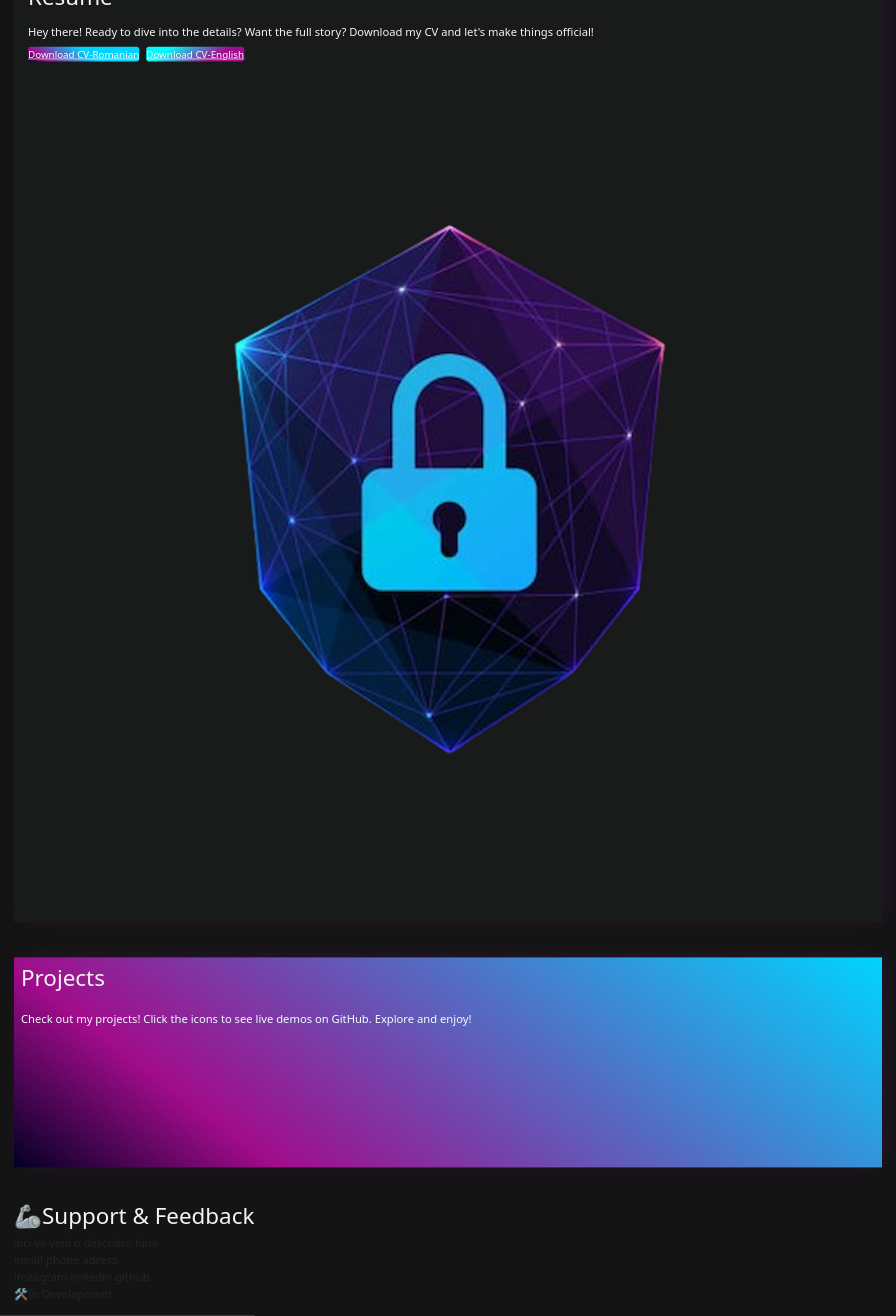
Repository: Sebastiand22/portfolio
Page: index.html
These files come from the project's save history. The page is drawn as it stood at one moment and after the next save; the edit follows.
The browser window is 1280 px wide. The pictures show the part of the page from y = 1854 to 3774 px (the page is 3734 px tall before and 3774 px after), at 70% of full size.

Above is the page before, as saved 2024-09-15 17:28:33.

### index.html
<!DOCTYPE html>
<html lang="en">
  <head>
    <meta charset="UTF-8" />
    <meta name="viewport" content="width=device-width, initial-scale=1.0" />
    <meta
      name="description"
      content="Sebastian Dunduc - Frontend Developer portfolio showcasing projects, resume, and contact information."
    />
    <title>Portfolio - Sebastian Dunduc</title>

    <link
      href="https://cdn.jsdelivr.net/npm/bootstrap@5.3.0-alpha1/dist/css/bootstrap.min.css"
      rel="stylesheet"
    />
    <link rel="preconnect" href="https://fonts.googleapis.com" />
    <link rel="preconnect" href="https://fonts.gstatic.com" crossorigin />
    <link
      href="https://fonts.googleapis.com/css?family=Roboto:300,400,400i,500,500i,700,900&amp;display=swap"
      rel="stylesheet"
    />
    <link rel="stylesheet" href="index.css" />
  </head>
  <body>
    <section class="big-container">
      <div class="nav-bar navbar navbar-expand-lg">
        <h2 class="name">Sebastian</h2>

        <!-- Toggle button -->
        <button
          class="navbar-toggler"
          type="button"
          data-bs-toggle="collapse"
          data-bs-target="#navbarContent"
          aria-controls="navbarContent"
          aria-expanded="false"
          aria-label="Toggle navigation"
        >
          <svg
            class="navbar-toggler-svg"
            width="24"
            height="24"
            viewBox="0 0 24 24"
            fill="none"
            xmlns="http://www.w3.org/2000/svg"
          >
            <rect x="3" y="6" width="18" height="2" fill="grey" />
            <rect x="3" y="11" width="18" height="2" fill="grey" />
            <rect x="3" y="16" width="18" height="2" fill="grey" />
          </svg>
        </button>

        <!-- Navbar content -->
        <nav class="collapse navbar-collapse" id="navbarContent">
          <ul class="navbar-list navbar-nav ms-auto">
            <li class="nav-item"><a href="#home" class="nav-link">Home</a></li>
            <li class="nav-item">
              <a href="#about" class="nav-link">About me</a>
            </li>
            <li class="nav-item">
              <a href="#resume" class="nav-link">Resume</a>
            </li>
            <li class="nav-item">
              <a href="#project" class="nav-link">Projects</a>
            </li>
            <li class="nav-item">
              <a href="#contact" class="nav-link">Contact</a>
            </li>
          </ul>
        </nav>
      </div>
      <!-- HEADER SECTION -->
      <section class="header-container" id="home">
        <div class="header-section">
          <span class="header-name">I am Sebastian Dunduc</span>
          <h2 class="job-position">Frontend Developer</h2>

          <div class="wrap">
            <a href="#contact">
              <button class="button">
                <span>Contact Me</span>
              </button>
            </a>
          </div>
        </div>
        <picture class="anime">
          <source
            media="(min-width:1280px)"
            srcset="images/me-laptop-1x.webp 1x, images/me-laptop-2x.webp 2x"
          />
          <source
            media="(min-width:768px)"
            srcset="images/me-tablet-1x.webp 1x, images/me-tablet-2x.webp 2x"
          />
          <source
            media="(min-width:320px)"
            srcset="images/me-mobile1x.webp 1x, images/me-mobilee-2x.webp 2x"
          />
          <img class="me-photo" src="images/" alt="Sebastian Dunduc" />
        </picture>
      </section>

      <section class="about-container" id="about">
        <div class="about-section">
          <h2>About me</h2>
          <span class="about-description"
            >I'm passionate about frontend development and constantly pushing
            myself to improve, learning new things every step of the way. When
            I’m not coding, you’ll find me at a party, balancing pixels by day
            and beats by night!</span
          >
          <picture class="pixel-picture">
            <source
              media="(min-width:1280px)"
              srcset="
                images/pixel1x-laptop.webp 1x,
                images/pixel2x-laptop.webp 2x
              "
            />
            <source
              media="(min-width:768px)"
              srcset="
                images/pixel1x-tablet.webp 1x,
                images/pixel2x-tablet.webp 2x
              "
            />
            <source
              media="(min-width:320px)"
              srcset="
                images/pixel1x-mobile.webp 1x,
                images/pixel2x-laptop.webp 2x
              "
            />
            <img
              class="pixel"
              src="images/pixel1x-tablet.webp"
              alt="Sebastian Dunduc"
            />
          </picture>
        </div>
      </section>
      <!-- RESUME SECTION -->
      <section class="resume-container" id="resume">
        <div class="resume-section">
          <h2>Resume</h2>
          <span class="resume-description">
            Hey there! Ready to dive into the details? Want the full story?
            Download my CV and let's make things official!</span
          >

          <div class="button-link">
            <a
              href="./files/Sebastian Dunduc Resume Romana.pdf"
              download="CV-Romanian"
              class="download-button-1"
              >Download CV-Romanian</a
            >
            <a
              href="./files/Sebastian Dunduc-Resume English.pdf"
              download="CV-English"
              class="download-button-2"
              >Download CV-English</a
            >
          </div>

          <picture class="lock-picture">
            <source
              media="(min-width:1280px)"
              srcset="
                images/lock-laptop1x.webp 1x,
                images/lock-laptop2x.webp 2x
              "
            />
            <source
              media="(min-width:768px)"
              srcset="
                images/lock-tablet1x.webp 1x,
                images/lock-tablet2x.webp 2x
              "
            />
            <source
              media="(min-width:320px)"
              srcset="
                images/lock-mobile1x.webp 1x,
                images/lock-mobile2x.webp 2x
              "
            />
            <img
              class="pixel"
              src="images/lock-tablet1x.webp"
              alt="Sebastian Dunduc"
            />
          </picture>
        </div>
      </section>
      <!-- PROJECT SECTION -->
      <section class="project-container" id="project">
        <div class="background-project">
          <div class="project-section">
            <h2>Projects</h2>
            <span class="project-description"
              >Check out my projects! Click the icons to see live demos on
              GitHub. Explore and enjoy!</span
            >
          </div>
        </div>
      </section>
      <!-- FOOTER SECTION -->
      <section class="footer-container" id="contact">
        <div class="footer-section">
          <div class="support-feedback">
            <h2>🦾Support & Feedback</h2>
            <span class="support-description"
              >aici va veni o descriere luna
            </span>

            <div class="contact-details">email phone adress</div>

            <div class="social-details">instagram linkedin github</div>
            <div class="development">🛠In Development</div>
          </div>
        </div>
        <div class="black-footer"> </div>
      </section>
    </section>
    <script src="https://cdn.jsdelivr.net/npm/bootstrap@5.3.0-alpha1/dist/js/bootstrap.bundle.min.js"></script>
  </body>
</html>

### index.css
:root {
  --font-title: "Playfair Display SC", serif;
  --size-title: 30px;
  --font-text: "Roboto Serif", serif;
}
body {
  margin: 0;
  padding: 0;
  box-sizing: border-box;
  width: 100%;
  height: 100%;
}

li {
  list-style-type: none;
}

.big-container {
  display: flex;
  flex-direction: column;
  background-color: rgb(20, 20, 20);
  min-height: 100vh;
  padding: 20px;
  max-width: 100%;
  overflow: hidden;
  gap: 50px;
}

.name {
  font-family: "Roboto", sans-serif;
  font-style: normal;
  font-size: 30px;
  background: linear-gradient(
    37deg,
    rgba(2, 0, 36, 1) 0%,
    rgba(161, 12, 139, 1) 23%,
    rgba(0, 212, 255, 1) 100%
  );
  font-weight: 900;
  text-align: center;
  -webkit-background-clip: text;
  -webkit-text-fill-color: transparent;
}
.name {
  margin-left: 20px;
  margin-top: 8px;
}

.navbar-toggler {
  border: none;
}

.navbar-toggler:focus,
.navbar-toggler:active {
  box-shadow: none; /* Elimină orice umbră de focus */
}
.nav-bar {
  display: flex;
  width: 100%;
  overflow: hidden;
  background-color: #191a1a;
  border-radius: 4px;
}
.navbar-list li {
  display: inline;
  margin-left: 20px;
}

.nav-link {
  color: white;
  transition: color 0.15s ease-in-out, background-color 0.15s ease-in-out,
    border-color 0.15s ease-in-out;
}

.nav-link:hover {
  color: rgb(75, 78, 78);
}

/* HEADER SECTION  */
.header-container {
  background-color: #191a1a;
  height: auto;
  overflow: hidden;
  padding: 20px;
  border-radius: 4px;
}

.header-section {
  display: flex;
  flex-direction: column;
  align-items: center;
}
.header-name {
  font-family: "Roboto", sans-serif;
  font-size: 20px;
  color: rgb(184, 180, 180);
  text-align: center;
}

.job-position {
  font-family: "Roboto", sans-serif;
  font-style: normal;
  font-size: 30px;
  font-weight: 900;
  text-align: center;
  background: radial-gradient(
    circle farthest-side at left center,
    #4e4f51 0%,
    #c9d6d0 100%
  );
  -webkit-background-clip: text;
  -webkit-text-fill-color: transparent;
}

.anime {
  display: block;
  width: 100%;
  height: auto; /* Asigură păstrarea proporțiilor */
  max-width: 100%;

  /* Asigură că imaginea nu depășește lățimea containerului */
}
.anime img {
  margin-top: 20px;
  max-width: 100%;
  height: auto;
  display: none;

  /* Asigură păstrarea proporțiilor */
}

.wrap {
  height: auto;
  display: flex;
  align-items: center;
  justify-content: center;
}
.button {
  position: relative; /* Necesare pentru poziționarea absolută a ::before */
  padding: 10px 20px;
  font-size: 16px;
  color: #fff;
  background: linear-gradient(
    37deg,
    rgba(2, 0, 36, 1) 0%,
    rgba(161, 12, 139, 1) 23%,
    rgba(0, 212, 255, 1) 100%
  );
  border: none;
  border-radius: 4px;
  cursor: pointer;

  overflow: hidden; /* Asigură că ::before nu depășește butonul */
  text-align: center; /* Asigură alinierea textului */
  transition: transform 0.3s ease, box-shadow 0.3s ease, background 0.3s ease;
}

/* Ascunde textul butonului */

.button::before {
  content: "Contact Me";
  position: absolute;
  top: 50%;
  left: 50%;
  transform: translate(-50%, -50%);
  font-size: 16px;
  color: #fff;
  white-space: nowrap;
  transition: opacity 0.1s ease, transform 0.1s ease;
  z-index: 1; /* Asigură că textul este deasupra altor elemente */
}

/* Stiluri pentru hover - schimbarea textului */
.button:hover::before {
  content: "0762 311 886";
  opacity: 1; /* Asigură că textul este vizibil */
  transform: translate(-50%, -50%) rotateX(0deg);
  color: #000000;
}

/* Ascunde textul butonului original la hover */
.button:hover span {
  opacity: 0;
}

/* ABOUT ME SECTION */

.about-container {
  display: flex;
  justify-content: flex-start;
  background-color: #191a1a;
  height: auto;
  overflow: hidden;
  padding: 20px;
  box-shadow: 6px -2px 25px -6px rgba(136, 24, 161, 0.26);
}

.about-section {
  display: flex;
  flex-direction: column;
  gap: 20px;
  overflow: hidden;
}
.pixel-picture {
  display: block;
  width: 100%;
  height: auto; /* Asigură păstrarea proporțiilor */
  max-width: 100%;
}

/* Asigură că imaginea nu depășește lățimea containeului */

.pixel-picture img {
  margin-top: 20px;
  max-width: 100%;
  height: auto;
}

.about-description {
  background-image: url(https://media1.giphy.com/media/v1.Y2lkPTc5MGI3NjExc2Z3Ymp4NWdmbnRwZmdrdzZ4anRvaDQ3NXBjdzNlc25xc3M3aWdtMyZlcD12MV9pbnRlcm5hbF9naWZfYnlfaWQmY3Q9Zw/xGrjBxxEBvWTBtkAk4/giphy.webp);
  background-size: cover;
  color: transparent;
  -moz-background-clip: text;
  -webkit-background-clip: text;
  text-transform: uppercase;
  margin: 10px 0;
}
h2 {
  color: whitesmoke;
}

/* RESUME SECTION */

.download-button-1 {
  position: relative; /* Necesare pentru poziționarea absolută a ::before */
  font-size: 14px;
  color: #fff;
  background: rgb(2, 0, 36);
  background: linear-gradient(
    37deg,
    rgba(2, 0, 36, 1) 0%,
    rgba(161, 12, 139, 1) 14%,
    rgba(0, 212, 255, 1) 54%
  );
  border: none;
  border-radius: 4px;
  cursor: pointer;
  overflow: hidden; /* Asigură că ::before nu depășește butonul */
  text-align: center; /* Asigură alinierea textului */
}
.download-button-2 {
  font-size: 14px;
  color: #fff;
  overflow: hidden;
  background: rgb(161, 12, 139);
  background: linear-gradient(
    329deg,
    rgba(161, 12, 139, 1) 30%,
    rgba(0, 254, 255, 0.9865196078431373) 79%
  );
  border: none;
  border-radius: 4px;
  cursor: pointer;
  overflow: hidden; /* Asigură că ::before nu depășește butonul */
  text-align: center; /* Asigură alinierea textului */
}
.button-link {
  display: flex;
  gap: 10px;
}

.download-button-2:hover {
  color: rgb(11, 11, 11);
}

.resume-container {
  display: flex;
  justify-content: flex-start;
  background-color: #191a1a;
  height: auto;
  overflow: hidden;
  padding: 20px;
  box-shadow: 6px -2px 25px -6px rgba(136, 24, 161, 0.26);
}

.resume-section {
  display: flex;
  flex-direction: column;
  overflow: hidden;
  gap: 10px;
}
.lock-picture {
  display: block;
  width: 100%;
  height: auto; /* Asigură păstrarea proporțiilor */
  max-width: 100%;
  align-items: center;
}

/* Asigură că imaginea nu depășește lățimea containeului */

.lock-picture img {
  max-width: 100%;
  height: auto;
}
.resume-description {
  color: whitesmoke;
}

/* PROJECT SECTION */

.project-container {
  display: flex;
  justify-content: flex-start;
  background-color: #191a1a;
  height: auto;
  overflow: hidden;
  padding: 10px;
  box-shadow: inset;
  background: rgb(2, 0, 36);
  background: linear-gradient(
    37deg,
    rgba(2, 0, 36, 1) 0%,
    rgba(161, 12, 139, 1) 23%,
    rgba(0, 212, 255, 1) 100%
  );
  width: 100%;
  height: 300px;
  box-shadow: 6px -2px 25px -6px rgba(136, 24, 161, 0.26);
}

.project-section {
  display: flex;
  flex-direction: column;
  gap: 20px;
}

.project-description {
  color: azure;
}

/* CONTACT SECTION */

.contact-container {
  box-shadow: 6px -2px 25px -6px rgba(136, 24, 161, 0.26);

  display: flex;
  justify-content: flex-start;
  background-color: #191a1a;
  height: auto;
  overflow: hidden;
  padding: 20px;
}

.contact-section {
  display: flex;
  flex-direction: column;
  gap: 20px;
  overflow: hidden;
}

.contact-description {
  color: white;
}

After the next save:
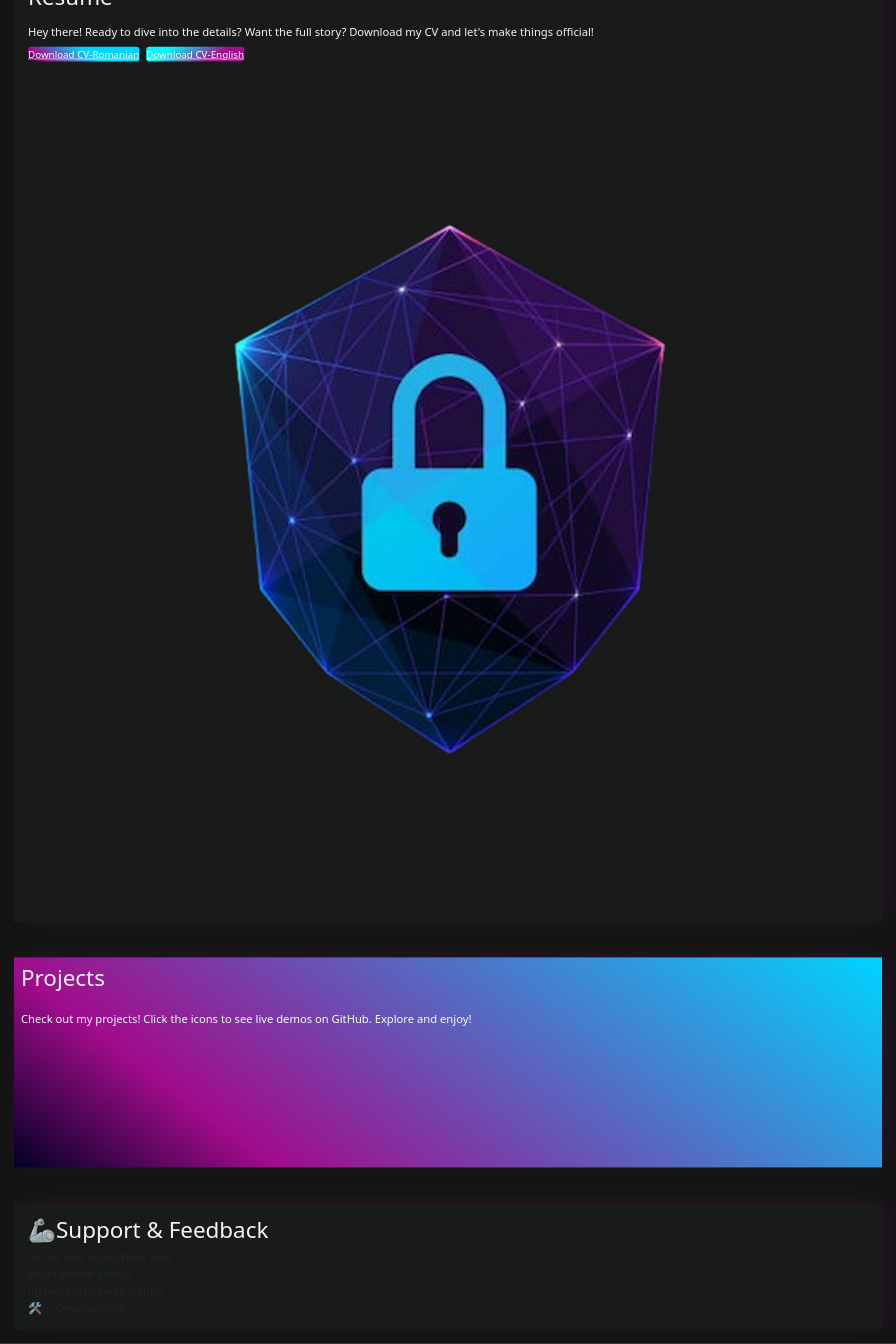
Saved 9 s later.
--- a/index.css
+++ b/index.css
@@ -341,7 +341,7 @@ h2 {
 
 /* CONTACT SECTION */
 
-.contact-container {
+.footer-container {
   box-shadow: 6px -2px 25px -6px rgba(136, 24, 161, 0.26);
 
   display: flex;
